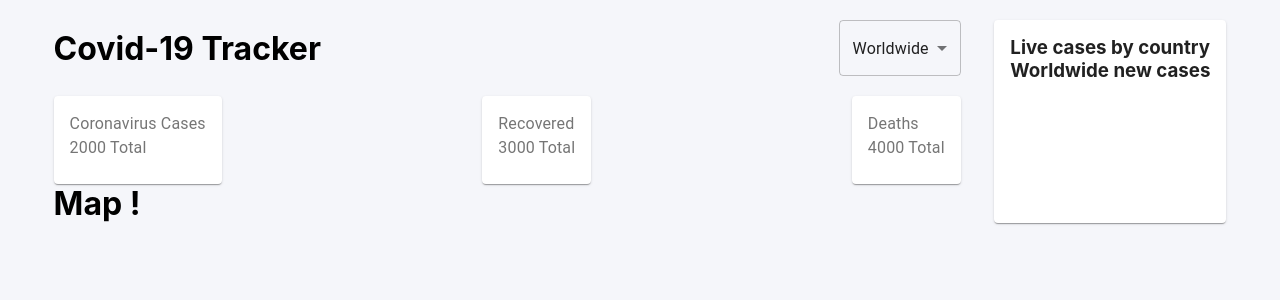
Repository: aashajo/covid-tracker-app-react
Page: /
The author's editor kept a copy of each file at every save. The page is drawn from the files as they stood at one save, then again after the next save.
The browser window is 1280 px wide. The pictures show the whole page.
The page's requests for data from a server got no answer. The project was rebuilt for these pictures with package versions that can differ from the ones it lists, and the page was loaded fresh each time. No one was signed in, and anything a server would have sent is missing.

Above is the page before, as saved 2020-08-25 23:12:13.

After the next save:
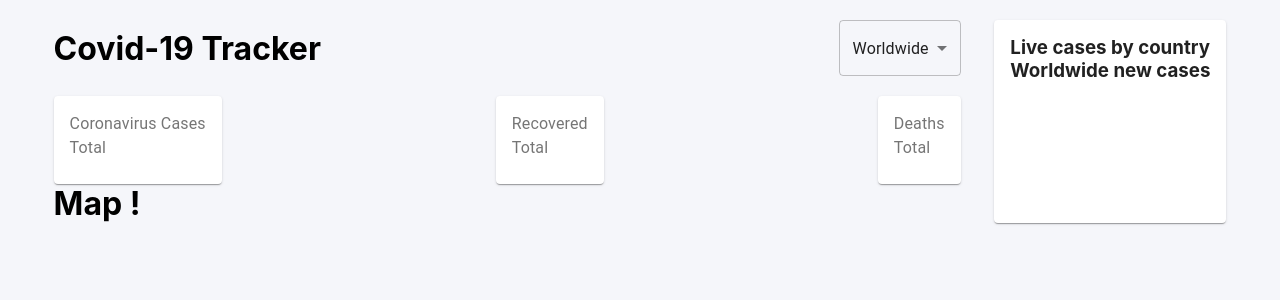
Saved 67 s later.
--- a/src/App.js
+++ b/src/App.js
@@ -77,9 +77,9 @@ function App() {
 
         {/* Info Box */}
         <div className="app_stats">
-          <Infobox title="Coronavirus Cases" cases={countryInfo.todayCases} total={2000} />
-          <Infobox title="Recovered" cases={countryInfo.todayRecovered} total={3000} />
-          <Infobox title="Deaths" cases={countryInfo.todayDeaths} total={4000} />
+          <Infobox title="Coronavirus Cases" cases={countryInfo.todayCases} total={countryInfo.cases} />
+          <Infobox title="Recovered" cases={countryInfo.todayRecovered} total={countryInfo.recovered} />
+          <Infobox title="Deaths" cases={countryInfo.todayDeaths} total={countryInfo.deaths} />
         </div>
 
         {/* Map */}
